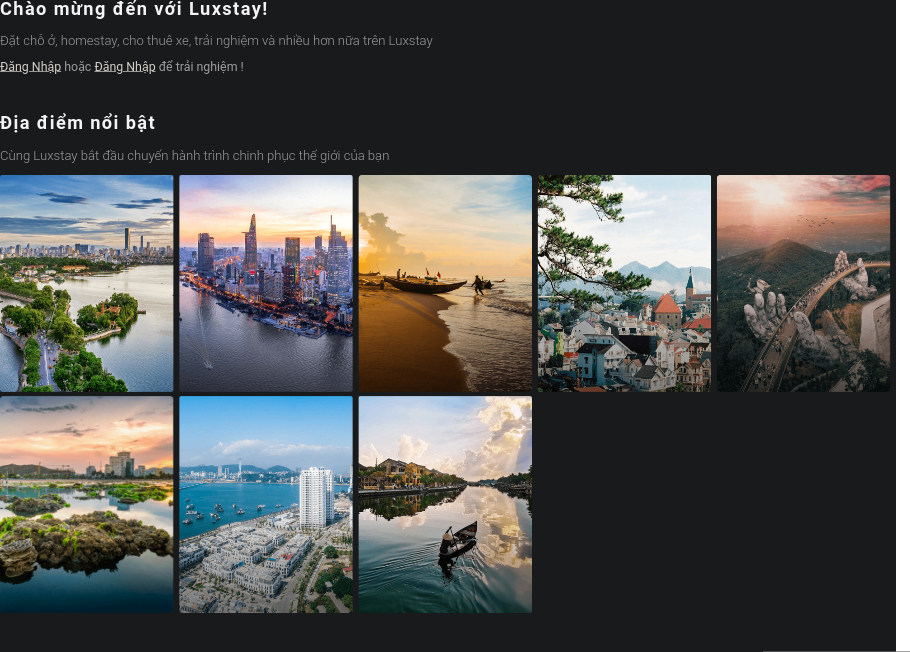
Repository: thuong22062004/Luxstay
Page: index.html
These files come from the project's save history. The page is drawn as it stood at one moment and after the next save; the edit follows.
The browser window is 1280 px wide. The page is 1300 px wide, so the pictures cover 1300 px, including what lies to the right of the window. The pictures show the part of the page from y = 527 to 2407 px (the page is 1458 px tall before and 3307 px after), at 70% of full size.
Some web libraries are served in a nearby version.

Above is the page before, as saved 2021-11-20 22:33:20.

### index.html
<!DOCTYPE html>
<html lang="en">
<head>
    <meta charset="UTF-8">
    <meta http-equiv="X-UA-Compatible" content="IE=edge">
    <meta name="viewport" content="width=device-width, initial-scale=1.0">
    <link rel="stylesheet" href="./asset/grid.css">
    <link rel="stylesheet" href="./travel/dif.css">
    <link rel="stylesheet" href="./travel/thesame.css">
    <link
    rel="stylesheet"
    type="text/css"
    href="https://cdn.jsdelivr.net/npm/slick-carousel@1.8.1/slick/slick.css"
  />
    <link rel="stylesheet" href="./travel/icon/themify-icons-font/themify-icons/themify-icons.css">
    <title>Document</title>
</head>
<body>
    <div class="traveling">
        <header class="header">
            <div class="grid-comon">
                <div class="header__contain">
                    <div class="header__logo-search">
                        <svg version="1.1" fil ="white" viewBox="0 0 50 50" class="header__logo" style="width: 50px; height: 50px; "><path pid="0" fill="#fff" d="M25.093 0c13.781.06 24.94 11.317 24.882 25.106C49.917 38.894 38.663 50.058 24.88 50 11.1 49.942-.059 38.683.001 24.894.057 11.106 11.31-.058 25.092 0zm11.801 31.9L14.398 16.053c.241-.26.48-.518.74-.777 2.7-2.687 5.971-4.031 9.775-4.015 3.804.015 7.064 1.388 9.741 4.098.238.241.476.482.694.743l-5.951 4.133 2.381 1.688 5.153-3.576v.02L39.33 16.7c-.692-1.203-1.584-2.325-2.616-3.39-3.231-3.292-7.167-4.947-11.788-4.967-4.6-.019-8.53 1.603-11.809 4.867a17.806 17.806 0 00-2.682 3.408l1.429 1.004 23.429 16.51c-.24.26-.48.518-.74.777-2.7 2.687-5.971 4.011-9.775 3.996-3.803-.016-7.063-1.37-9.74-4.08-.258-.26-.496-.521-.734-.782l6.111-4.251-.139-.181-2.183-1.528-5.373 3.735v-.021l-2.377 1.65a17.824 17.824 0 002.654 3.43c3.253 3.291 7.169 4.946 11.769 4.965 4.62.021 8.549-1.602 11.83-4.866 1.06-1.075 1.96-2.21 2.682-3.406l-2.383-1.67z">
                      </path>
                    </svg>
                    <div class="header_search">
                        <div class="header__search-cotainer-input">
                        <input type="search" name="HI"  class="header__input-seacrch" placeholder="Tìm kiếm">
                            <div class="history__search">
                                <h3 class="hitory__search--heading">History</h3>
                                <ul class="history__search-list">
                                    <li class="history__search-item">
                                        <a href="" class="history__search-link">Dubai</a>
                                    </li>
                                    <li class="history__search-item">
                                        <a href="" class="history__search-link">Dubai</a>
                                    </li>
                                    <li class="history__search-item">
                                        <a href="" class="history__search-link">Dubai</a>
                                    </li>
                                    <li class="history__search-item">
                                        <a href="" class="history__search-link">Dubai</a>
                                    </li>
                                </ul>
                            </div>
                        </div>
                        <div class="header__day-guest">
                            <div class="hedaer__lich">
                                <span class="header_theday"><i class="header_theday-icon ti-calendar"></i>
                                    Ngày
                                </span>
                            </div>
                            <div class="header__guest-number">
                                <span class="header_theday"><i class=" header_theday-icon ti-user"></i>
                                    Số khách
                                </span>
                            </div>
                            <div class="header_search-icons">
                                <button class="btn btn-comon ">
                                <i class=" header_search-icon-search ti-search"></i>
                                </button>
                            </div>
                        </div>
                    </div>
                    </div>
                    <div class="header__nav">
                           <ul class="header__menu">
                               <li class="header__menu-item">
                                   <a href="" class="header__menu-link">Guide</a>
                                </li>
                                <li class="header__menu-item">
                                    <a href="" class="header__menu-link">Host</a>
                                 </li>
                                 <li class="header__menu-item">
                                    <a href="./travel/singup.html" class="header__menu-link">Đăng kí </a>
                                 </li>
                                 <li class="header__menu-item">
                                    <a href="./travel/login.html" class="header__menu-link">Đăng nhập</a>
                                 </li>
                                 <li class="header__menu-item  ">
                                     <input type="checkbox"  hidden name="" class="language__appear" id="languge__click-check">
                                     <label for = "languge__click-check" class="header__menu-item-img">
                                        <img class="header__menu-icon-img" src="https://www.luxstay.com/icons/vi.svg"/>
                                    <p href="" class="header__menu-link">VND <i class="ti-arrow-circle-down"></i></p>
                                    </label>
                                     <div class="header__language-container">
                                         <div class="header__language">
                                             <ul class="header__language-list">
                                                 <li class="header__languge-items">
                                                     <div class="language__item-use language__item-use-active">
                                                          <img class="header__language-img" src="https://www.luxstay.com/icons/vi.svg"/>
                                                            <a class="language__item-title">Tiếng Việt <i class="ti-check language__item-active"></i></a>
                                                     </div>
                                                 </li>
                                                 <li class="header__languge-items">
                                                    <div class="language__item-use ">
                                                         <img class="header__language-img" src="https://www.luxstay.com/icons/en.svg"/>
                                                           <a class="language__item-title">English<i class="ti-check language__item-active"></i></a>
                                                    </div>
                                                </li>
                                                <li class="header__laneguge-items">
                                                    <div class="language__item-use ">
                                                         <img class="header__language-img" src="https://www.luxstay.com/icons/ko.svg"/>
                                                           <a class="language__item-title">Korean<i class="ti-check language__item-active"></i></a>
                                                    </div>
                                                </li>
                                             </ul>
                                             <ul class="header__language-list">
                                                <li class="header__languge-items">
                                                    <div class="crash__item-use language__item-use-active ">
                                                           <span class="languge__item-symboi">VND</span>
                                                           <a class="language__item-title">Việt Nam Đồng<i class="ti-check language__item-active"></i></a>
                                                    </div>
                                                </li>
                                                <li class="header__languge-items">
                                                   <div class="crash__item-use ">
                                                    <span class="languge__item-symboi">USD</span>
                                                          <a class="language__item-title">United States Dollar<i class="ti-check language__item-active"></i></a>
                                                   </div>
                                               </li>
                                            </ul>
                                         </div>
                                     </div>
                                 </li>
                           </ul>
                    </div>
                </div>
            </div>
        </header>
        <div class="container">
            <div class="grid-comon">
            <div class="contain-slider">
                <div class="slider">
                    <i class="ti-angle-left slider__back "></i>
                    <i class="ti-angle-right slider__next "></i>
                    <ul class="list__dots">
                        <li class="item-dot active" data-index ="0"></li>
                        <li class="item-dot" data-index ="1"></li>
                        <li class="item-dot" data-index ="2"></li>
                        <li class="item-dot" data-index ="3"></li>
                        <li class="item-dot" data-index ="4"></li>
                    </ul>
                    <div class="contain-img">
                         <div class="list-img">
                         <div class="img-item">
                             <img src="./img/anh1.png" class= "img-child"  alt="" sizes="" srcset="">
                         </div>
                         <div class="img-item">
                             <img src='./img/anh2.png' class= "img-child" alt="" sizes="" srcset="">
                         </div>
                         <div class="img-item">
                             <img src="./img/anh1.png"class= "img-child" alt="" sizes="" srcset="">
                         </div>
                         <div class="img-item">
                             <img src="./img/anh2.png"class= "img-child"  alt="" sizes="" srcset="">
                         </div>
                         <div class="img-item">
                             <img src="./img/anh1.png"  class= "img-child" alt="" sizes="" srcset="">
                         </div>
                         </div>
                    </div>
                </div>
            </div>
            <div class="contain__fullofText grid">
                <h3 class="text-mutual">Chào mừng đến với Luxstay!</h3>
                <p class="text__chil-common">Đặt chỗ ở, homestay, cho thuê xe, trải nghiệm và nhiều hơn nữa trên Luxstay</p>
                <span class="text-log"><a href="" class="text__link-log">Đăng Nhập</a>
                    hoặc
                    <a href="" class="text__link-log">Đăng Nhập</a>
                    để trải nghiệm !
                </span>
            </div>
            <div class="contain__fullofText grid">
                <h3 class="text-mutual">Địa điểm nổi bật</h3>
                <p class="text__chil-common">Cùng Luxstay bắt đầu chuyến hành trình chinh phục thế giới của bạn</p>
            </div>
            <div class="slide-location grid ">
                <div class="row">
                    <div class="col l-2 m-6 c-12">
                        <div class="img__local-list">
                                <img src="./img/ảnh HA NOI.png" alt="" class="img__local-item">
                                <div class="text__site-number">
                              <div class="contain__location-control">
                                <h5 class="text-site">Hà Nội</h5>
                               <p class="text-numofguest">2657 Chỗ ở</p>
                              </div>
                        </div>
                    </div>
                </div>
                <div class="col l-2 m-6 c-12">
                    <div class="img__local-list">
                            <img src="./img/tphcm.png" alt="" class="img__local-item">
                            <div class="text__site-number">
                          <div class="contain__location-control">
                            <h5 class="text-site">TP.Hồ Chí Minh</h5>
                           <p class="text-numofguest">2242 Chỗ ở</p>
                          </div>
                    </div>
                </div>
            </div>
            <div class="col l-2 m-6 c-12">
                <div class="img__local-list">
                        <img src="./img/vungtau.png" alt="" class="img__local-item">
                        <div class="text__site-number">
                      <div class="contain__location-control">
                        <h5 class="text-site">Vũng Tàu</h5>
                       <p class="text-numofguest">549 Chỗ ở</p>
                      </div>
                </div>
            </div>
        </div>
        <div class="col l-2 m-6 c-12">
            <div class="img__local-list">
                    <img src="./img/dalat.png" alt="" class="img__local-item">
                    <div class="text__site-number">
                  <div class="contain__location-control">
                    <h5 class="text-site">Đà Lạt </h5>
                   <p class="text-numofguest">1488 Chỗ ở</p>
                  </div>
            </div>
        </div>
    </div>
    <div class="col l-2 m-6 c-12">
        <div class="img__local-list">
                <img src="./img/danang.png" alt="" class="img__local-item">
                <div class="text__site-number">
              <div class="contain__location-control">
                <h5 class="text-site">Đà nẵng</h5>
               <p class="text-numofguest">897 Chỗ ở</p>
              </div>
        </div>
    </div>
</div>
<div class="col l-2 m-6 c-12">
    <div class="img__local-list">
            <img src="./img/nhatrang.png" alt="" class="img__local-item">
            <div class="text__site-number">
          <div class="contain__location-control">
            <h5 class="text-site">Nha trang</h5>
           <p class="text-numofguest">635 Chỗ ở</p>
          </div>
    </div>
</div>
</div>
<div class="col l-2 m-6 c-12">
    <div class="img__local-list">
            <img src="./img/quangninh.png" alt="" class="img__local-item">
            <div class="text__site-number">
          <div class="contain__location-control">
            <h5 class="text-site">Quảng Ninh</h5>
           <p class="text-numofguest">218 Chỗ ở</p>
          </div>
    </div>
</div>
</div>
<div class="col l-2 m-6 c-12">
    <div class="img__local-list">
            <img src="./img/hoian.png" alt="" class="img__local-item">
            <div class="text__site-number">
          <div class="contain__location-control">
            <h5 class="text-site">Hội an</h5>
           <p class="text-numofguest">323 Chỗ ở</p>
          </div>
    </div>
</div>
</div>
            </div>
        </div>
        </div>
        <div class="footer"></div>
    </div>
    <script
      type="text/javascript"
      src="https://code.jquery.com/jquery-1.11.0.min.js"
    ></script>
    <script
      type="text/javascript"
      src="https://code.jquery.com/jquery-migrate-1.2.1.min.js"
    ></script>
    <script
      type="text/javascript"
      src="https://cdn.jsdelivr.net/npm/slick-carousel@1.8.1/slick/slick.min.js"
    ></script>
    <script src="index.js"></script>
    <script src="./slickslider/slickone.js"></script>
</body>
</html>

### travel/thesame.css
:root{
    --background-comon:#131516;
    --text-color : #d3cfc9;
    --text-hover :rgba(23, 241, 241, 0.7) ;
    --text-child :#131516;
    --text-title :#f3f3f3;
    --text-white :white;
    --outstanding-color:#181a1b;
    --text-pink:#ee0979;
    --text-small:#9d9d9d;
}
*{
    box-sizing: inherit;
    margin: 0;
    padding: 0;
}
html{
    font-size: 65%;
    line-height: 1.6rem;
    box-sizing: border-box;
    font-family: 'Roboto', sans-serif;
}
/*resposive*/
.grid {
    width: 1300px;
    max-width: 100%;
    margin: 0 auto;
}
.grid-comon{
    width:1500px;
    max-width: 100%;
    margin:0 auto;
}
.grid__row {
    display: flex;
    flex-wrap: wrap;
    margin-left: -9px; /*quy tắc 12column grid*/
    margin-right: -9px; /*quy tắc 12column grid*/
}
.grid__column-5{
    padding-left: 9px;
    padding-right: 9px;
    width: 20%;
}
/*nút*/
.btn{
    min-height: 30px;
    line-height: 30px;
    min-width: 56px;
    border: none;
    outline: none;
    border-radius: 5px;
    display: flex;
    align-items: center;
    justify-content: center;
    cursor: pointer;
    text-align: center;
}
.btn.btn-comon{
    background: #555555;
    min-height: 41px;
}
.btncircle{
    border-radius: 40px;
    border: 1px  solid #373c3e;
}
/*amination*/
@keyframes FadeIn {
    from{
        opacity: 0;
    }
    to{
        opacity: 1;
    }
}
 /*                       footer                                  */
.footer__contian{
    background:#181a1b;
    border-top: 0.25px solid wheat;
}
.footer__body-content{
    width: 100%;
    text-align: center;
    margin-top: 30px;
    padding-bottom: 30px;
}
.footer_content-text{
       font-size: 1.4rem;
    color: var(--text-color);
    line-height:2.5rem;
    letter-spacing: 1px;
    opacity: 0.6;
}
/* / text common */
.text-mutual{
    font-size:2.5rem;
    letter-spacing: 2px;
    color:var(--text-title);
    font-weight: 600;
    margin-bottom: 30px;
}
.text__chil-common{
    font-size:1.8rem;
    color:var(--text-small);
    margin-bottom: 20px;
    font-weight: 300;
}
.text__link-log{
    color:var(--text-color)
}
.contain__fullofText{
    margin-top: 60px;
}
.l-2{
    flex: 0 0 16.66667%;
    max-width: 20%;;
}
@media screen and (min-width:1113px) {
    .row{
       margin-left: -4px;
       margin-right: -4px;
    }
    .col{
        padding-left: 4px;
        padding-right: 4px;
    }
}

### slickslider/slickone.js

$(document).ready(function(){
    $('.slide-location').slick

  })

Loaded but not shown: travel/icon/themify-icons-font/themify-icons/themify-icons.css (common file); index.js (63 lines, source omitted); travel/dif.css (375 lines, source omitted); asset/grid.css (463 lines, source omitted)

After the next save:
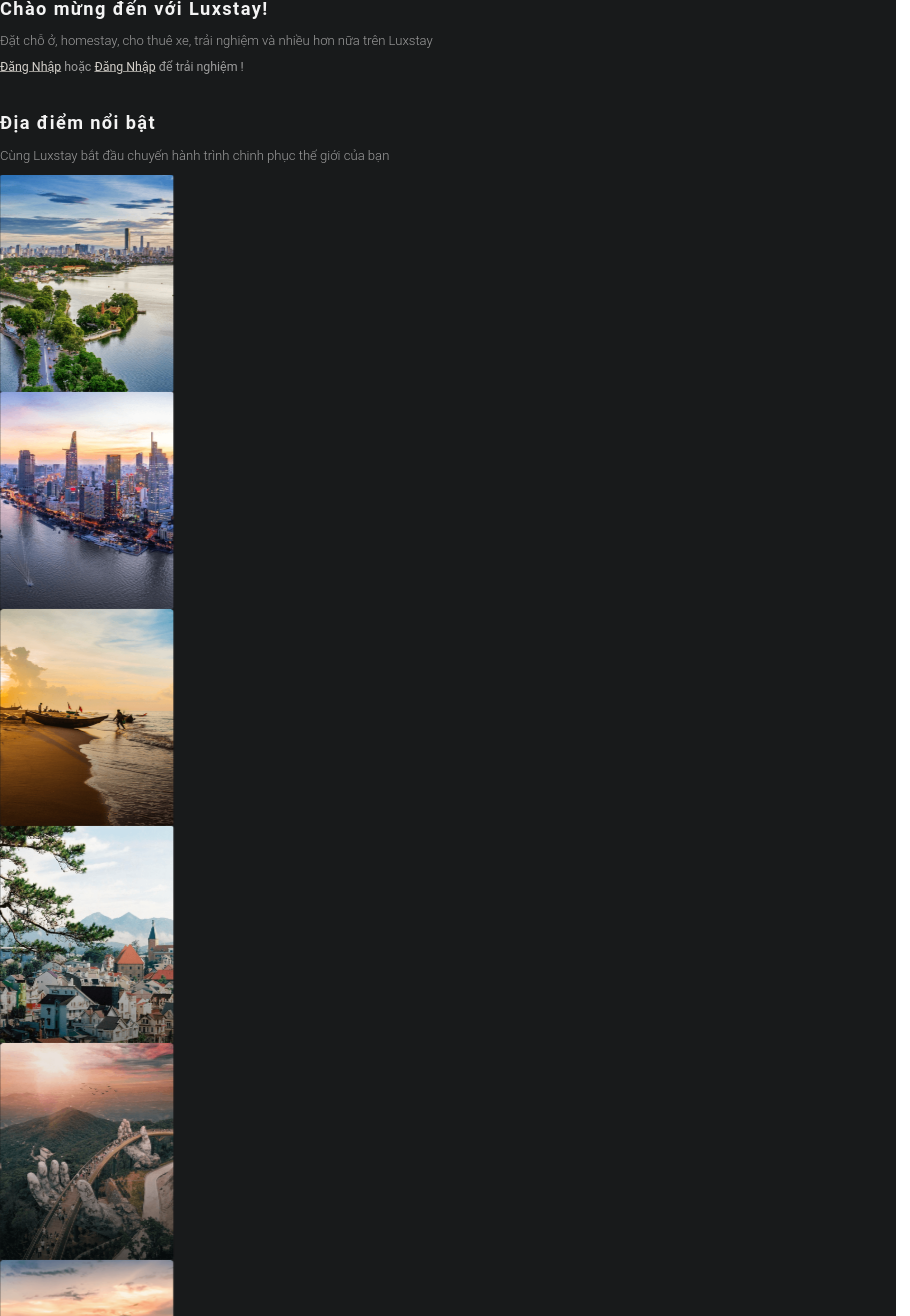
Saved 50 s later.
--- a/slickslider/slickone.js
+++ b/slickslider/slickone.js
@@ -1,5 +1,5 @@
 
 $(document).ready(function(){
-    $('.slide-location').slick
+    $('.slide-location').slick()
 
   })

After the save that followed:
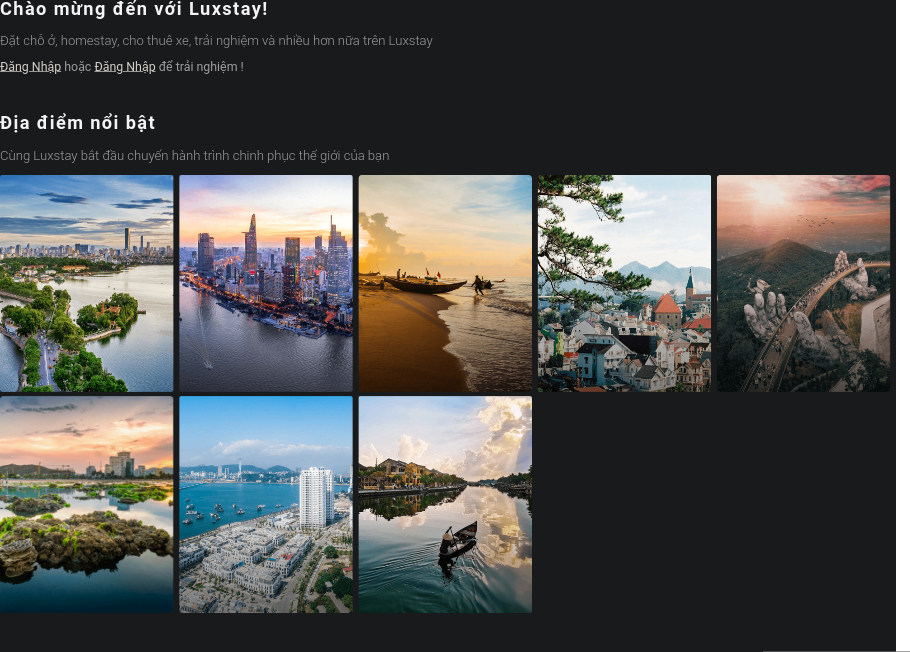
Saved 37 s later.
--- a/slickslider/slickone.js
+++ b/slickslider/slickone.js
@@ -1,5 +1,5 @@
 
 $(document).ready(function(){
-    $('.slide-location').slick()
+    // $('.slide-location').slick()
 
   })
